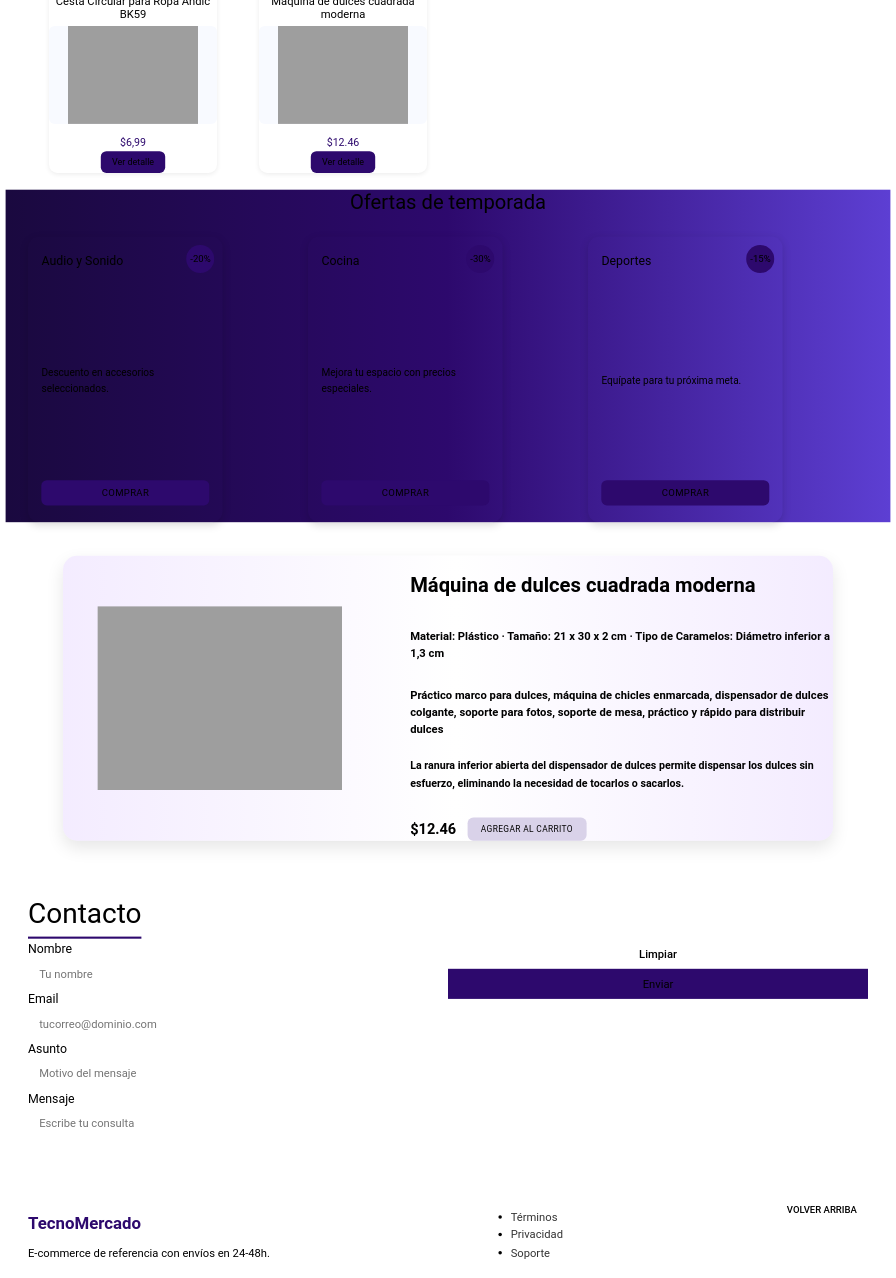
Repository: aryacarpavila/lab02_web
Page: index.html
An editor plug-in stored every save of this project. The page is shown before and after the next save, followed by the edit.
The browser window is 1280 px wide. The pictures show the part of the page from y = 980 to 2900 px (the page is 2806 px tall before and 2900 px after), at 70% of full size.
Pictures or frames that could not be fetched are drawn as grey boxes.

Above is the page before, as saved 2025-11-12 09:14:59.

After the next save:
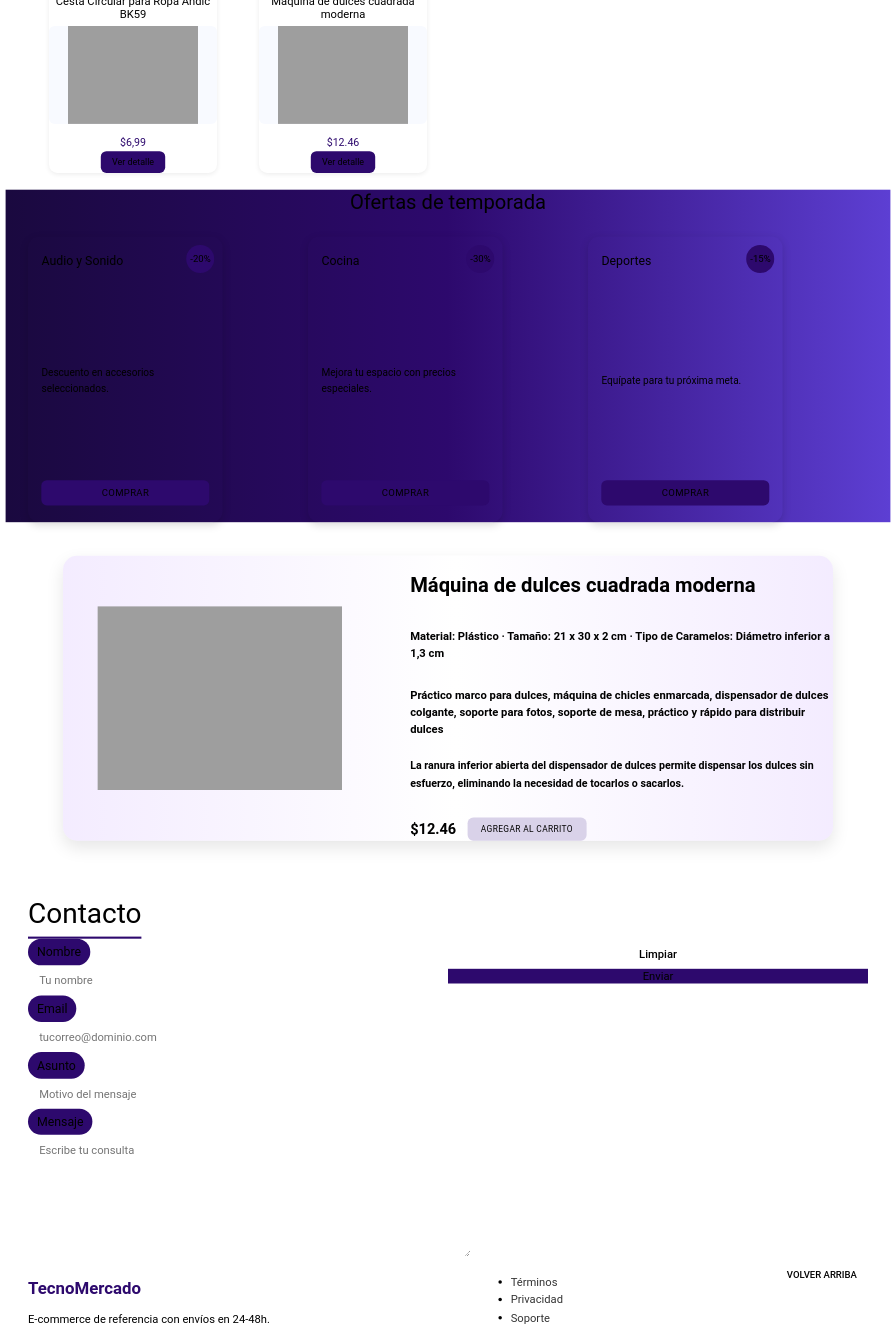
Saved 3 min 50 s later.
--- a/assets/css/layout.css
+++ b/assets/css/layout.css
@@ -183,23 +183,50 @@ main section:nth-of-type(2) > div > div:nth-of-type(2) {
 .producto-destacado__acciones .boton:hover {
     background-color: var(--color-secondary);
 }
-
+/* ---------------------------------------------------------------------- */
+/* 1. Estilos de Etiquetas (Labels): Ovaladas y Fondo Primario */
+/* ---------------------------------------------------------------------- */
 main section:nth-of-type(5) label {
     font-weight: var(--font-weight-semibold);
-    color: var(--color-text);
+    color: var(--color-white); /* CAMBIO: Color de texto a blanco */
     margin-bottom: var(--spacing-xs);
     font-size: 1.1rem;
-}
-
-main section:nth-of-type(5) input:not([type="submit"]):not([type="reset"]),
+
+    /* NUEVOS ESTILOS PARA FORMA DE PÍLDORA */
+    background-color: var(--color-primary);
+    padding: 0.3rem 0.8rem;
+    border-radius: 9999px; /* Para hacerlo ovalado */
+    display: inline-block; /* Necesario para que el padding y fondo funcionen */
+}
+
+/* ---------------------------------------------------------------------- */
+/* 2. Estilos de Inputs y Textarea */
+/* Hemos separado los estilos para aplicar el fondo gris solo al textarea. */
+/* ---------------------------------------------------------------------- */
+
+/* Estilos para INPUTS (Nombre, Email, Asunto) - Mantienen fondo blanco */
+main section:nth-of-type(5) input:not([type="submit"]):not([type="reset"]) {
+    border: 1px solid var(--border-color-input);
+    background-color: var(--color-white); /* Aseguramos el fondo blanco */
+    border-radius: var(--border-radius-sm);
+    padding: 0.75rem 1rem;
+    font-size: 1rem;
+    color: var(--color-text);
+    width: 100%;
+    transition: border-color 0.2s;
+}
+
+/* Estilos ESPECÍFICOS para TEXTAREA (Mensaje) - Fondo gris */
 main section:nth-of-type(5) textarea {
     border: 1px solid var(--border-color-input);
+    background-color: var(--color-background-light); /* CAMBIO: Fondo gris */
     border-radius: var(--border-radius-sm);
     padding: 0.75rem 1rem;
     font-size: 1rem;
     color: var(--color-text);
     width: 100%;
-    resize: none;
+    resize: vertical; /* Se recomienda permitir solo redimensionamiento vertical */
+    height: 150px; /* Altura predeterminada más cómoda */
     transition: border-color 0.2s;
 }
 
@@ -209,6 +236,21 @@ main section:nth-of-type(5) textarea:focus {
     outline: none;
 }
 
+/* ---------------------------------------------------------------------- */
+/* 3. AÑADIR SEPARACIÓN VISUAL AL TEXTAREA */
+/* ---------------------------------------------------------------------- */
+
+/* Esto añade un margen sobre el contenedor del textarea para separarlo del campo 'Asunto'.
+   El contenedor del mensaje es el div:nth-of-type(4) en la estructura del grid.
+*/
+main section:nth-of-type(5) form > div:nth-of-type(4) {
+    margin-top: var(--spacing-md);
+}
+
+
+/* ---------------------------------------------------------------------- */
+/* Estilos de Botones (sin cambios, solo se incluyen para completar el bloque) */
+/* ---------------------------------------------------------------------- */
 
 main section:nth-of-type(5) button[type="submit"] {
     background-color: var(--color-primary);
@@ -217,7 +259,6 @@ main section:nth-of-type(5) button[type="submit"] {
     font-weight: var(--font-weight-semibold);
     text-transform: capitalize;
     cursor: pointer;
-
     font-size: 1rem;
     padding: 0.75rem 1.5rem;
     border-radius: var(--border-radius-sm);
@@ -236,7 +277,6 @@ main section:nth-of-type(5) button[type="reset"] {
     cursor: pointer;
     font-weight: 500;
     text-transform: capitalize;
-
     font-size: 1rem;
     padding: 0.75rem 1.5rem;
     border-radius: var(--border-radius-sm);
@@ -248,8 +288,6 @@ main section:nth-of-type(5) button[type="reset"]:hover {
     border-color: var(--color-text-light);
     transform: translateY(-1px);
 }
-
-
 
 
 
